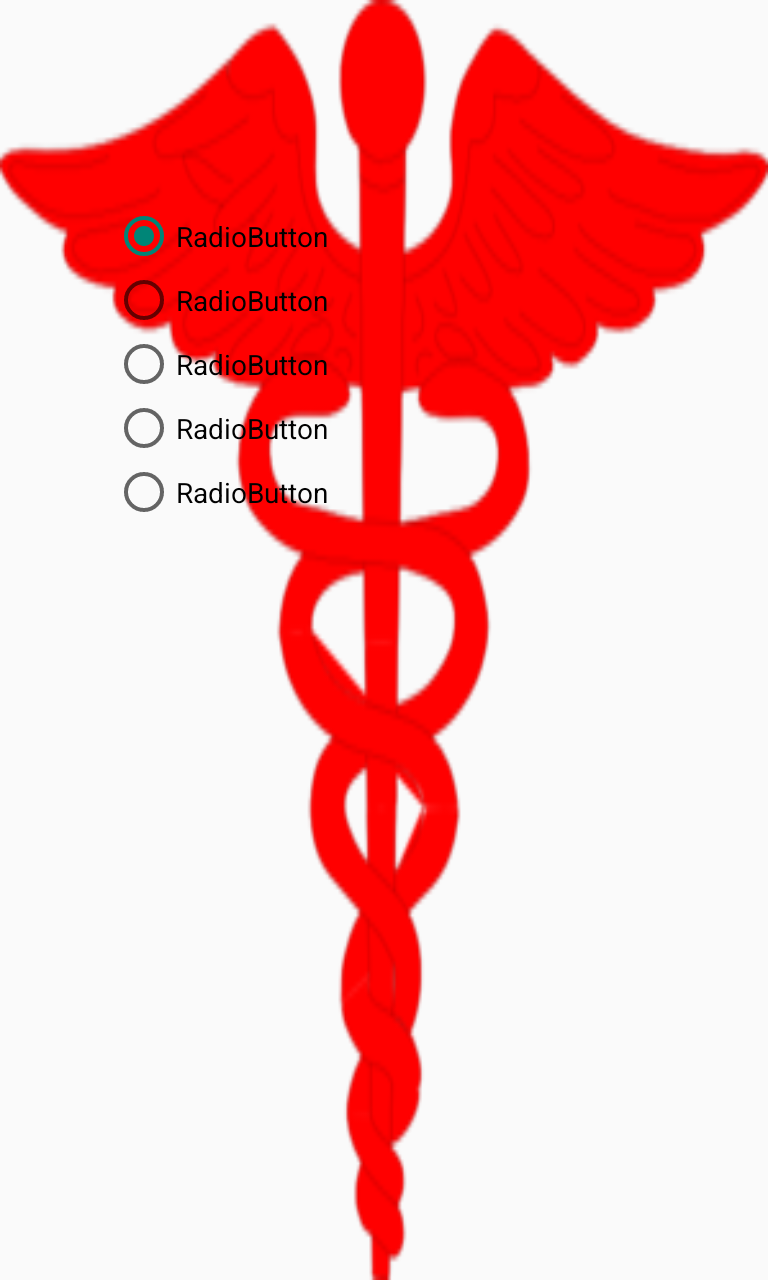
Repository: nave29/sem_1
Layout: VERSION_0.0/sem1_gica/res/layout/activity_doctors.xml
An editor plug-in stored every save of this project. The layout is shown before and after the next save, followed by the edit.
It is drawn on a 768 x 1280 px phone screen (xhdpi) without system bars, with theme AppTheme; the app's code is not run.

Above is the layout before, as saved 2014-09-08 10:13:40.

After the next save:
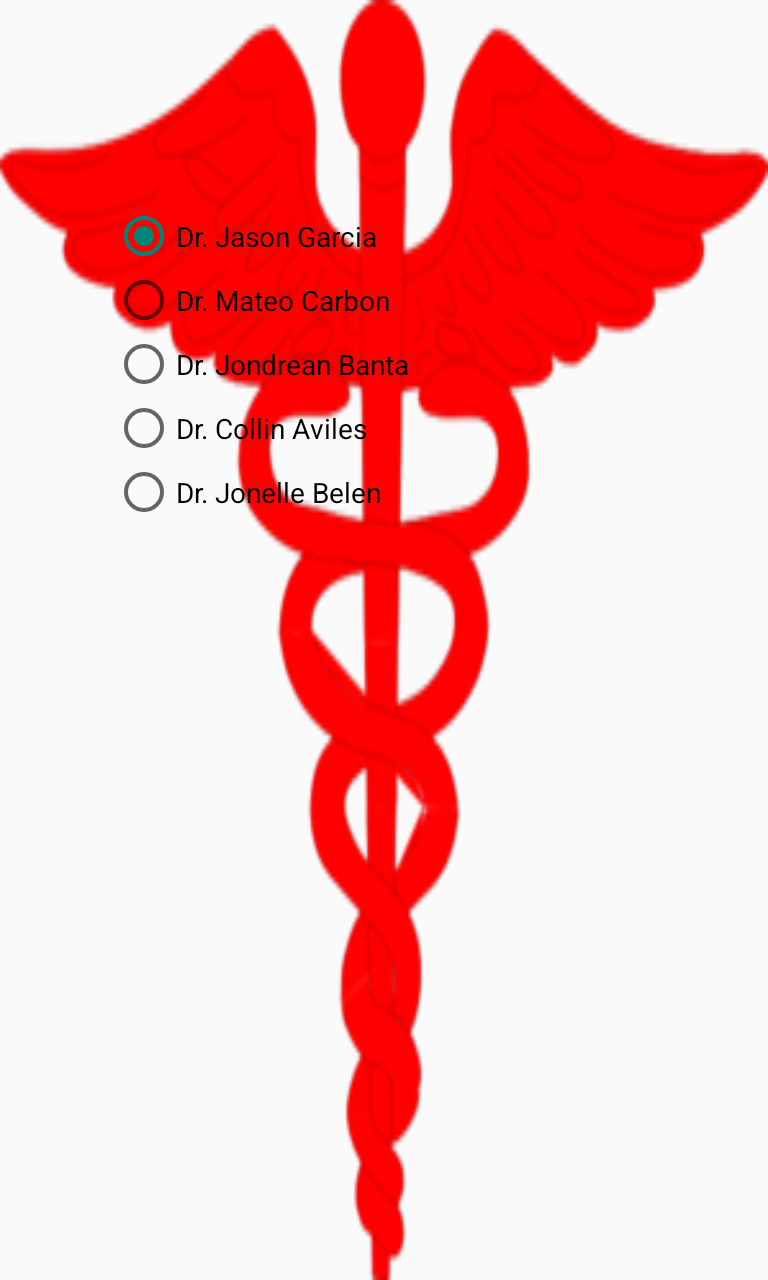
Saved 62 s later.
--- a/VERSION_0.0/sem1_gica/res/layout/activity_doctors.xml
+++ b/VERSION_0.0/sem1_gica/res/layout/activity_doctors.xml
@@ -23,29 +23,29 @@
             android:layout_width="wrap_content"
             android:layout_height="wrap_content"
             android:checked="true"
-            android:text="RadioButton" />
+            android:text="Dr. Jason Garcia" />
 
         <RadioButton
             android:id="@+id/radio1"
             android:layout_width="wrap_content"
             android:layout_height="wrap_content"
-            android:text="RadioButton" />
+            android:text="Dr. Mateo Carbon" />
 
         <RadioButton
             android:id="@+id/radio2"
             android:layout_width="wrap_content"
             android:layout_height="wrap_content"
-            android:text="RadioButton" />
+            android:text="Dr. Jondrean Banta" />
         <RadioButton
             android:id="@+id/radio4"
             android:layout_width="wrap_content"
             android:layout_height="wrap_content"
-            android:text="RadioButton" />
+            android:text="Dr. Collin Aviles" />
         <RadioButton
             android:id="@+id/radio3"
             android:layout_width="wrap_content"
             android:layout_height="wrap_content"
-            android:text="RadioButton" />
+            android:text="Dr. Jonelle Belen" />
     </RadioGroup>
 
 </RelativeLayout>
